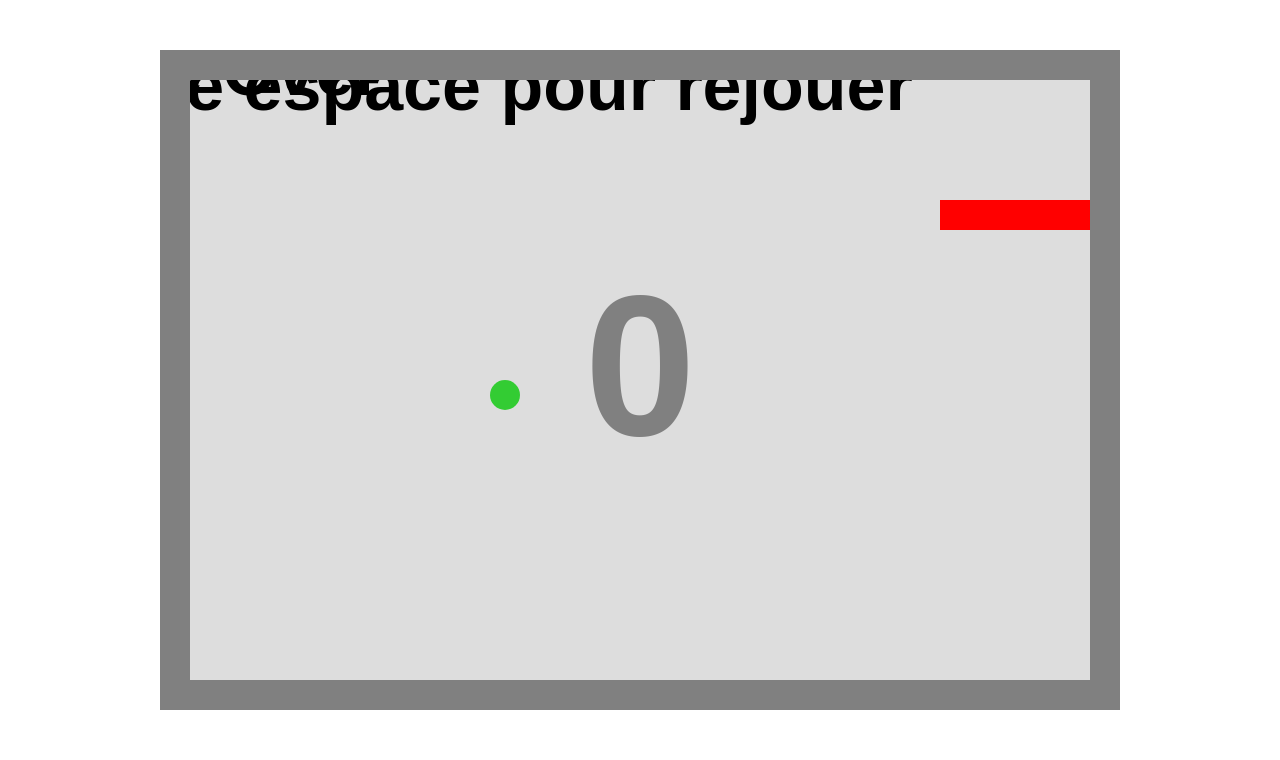
Repository: Loetitia27006/snake
Page: index.html
An editor plug-in stored every save of this project. The page is shown before and after the next save, followed by the edit.
The browser window is 1280 px wide. The pictures show the whole page.

Above is the page before, as saved 2023-03-24 16:36:25.

After the next save:
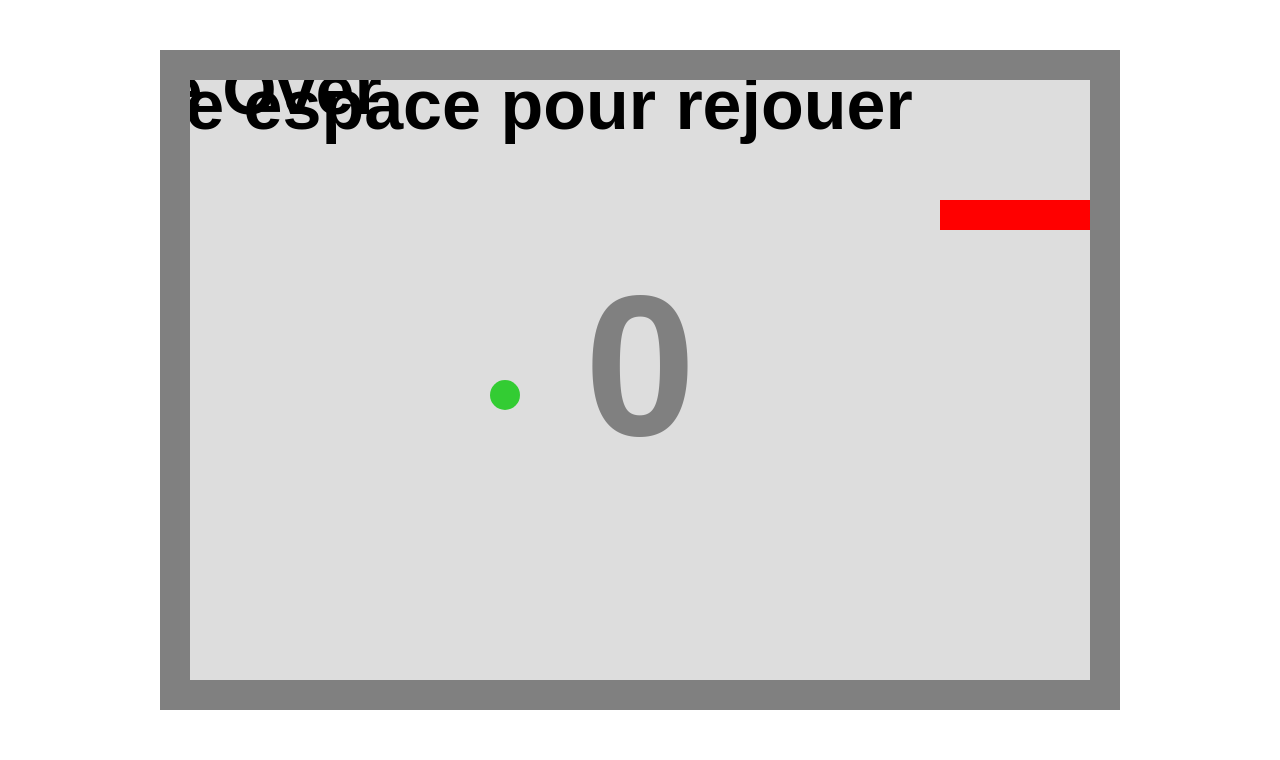
Saved 117 s later.
--- a/script.js
+++ b/script.js
@@ -53,7 +53,9 @@ window.onload = function () {
     ctx.font = "bold 70px sans-serif";
     ctx.fillStyle = "black";
     ctx.textAlign = "center";
-    ctx.textBaseline = "center";
+    ctx.textBaseline = "middle";
+    ctx.strokeStyle = "white";
+    ctx.lineWidth = 5;
     ctx.fillText("Game Over", 5, 15);
     ctx.fillText("Appuyez sur la touche espace pour rejouer",5 ,30)
     ctx.restore();
